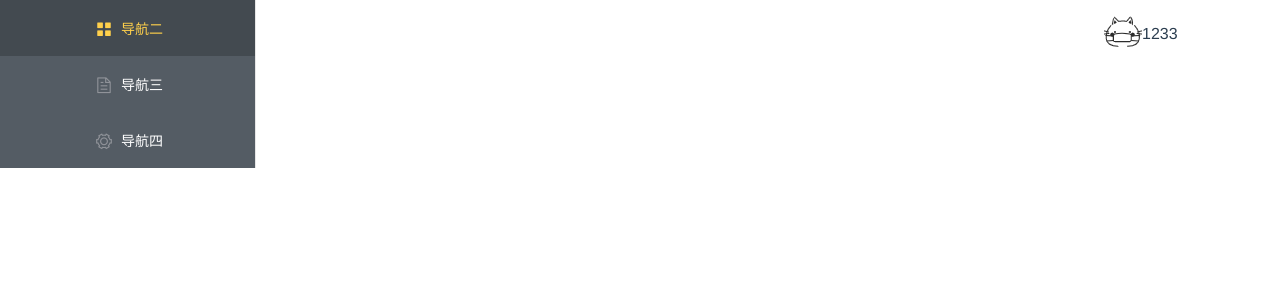
Repository: faintout/backMng
Page: / (app in backmng/)
An editor plug-in stored every save of this project. The page is shown before and after the next save, followed by the edit.
The browser window is 1280 px wide. The pictures show the whole page.
The project was rebuilt for these pictures with package versions that can differ from the ones it lists, and the page was loaded fresh each time. Also part of the build but not shown: backmng/vue.config.js.

Above is the page before, as saved 2020-12-30 15:25:39.

### backmng/src/main.js
import Vue from 'vue'
import App from './App.vue'
import router from './router'
import store from './store'
import ElementUI from 'element-ui'
import 'element-ui/lib/theme-chalk/index.css'
import './assets/index.css'

Vue.use(ElementUI)
Vue.config.productionTip = false

new Vue({
  router,
  store,
  render: h => h(App)
}).$mount('#app')

### backmng/src/router/index.js
import Vue from 'vue'
import VueRouter from 'vue-router'
import Layout from '../views/layout.vue'

Vue.use(VueRouter)

const routes = [
  {
    path: '/',
    name: 'Layout',
    component: Layout
  },
]

const router = new VueRouter({
  routes
})

export default router

### backmng/src/assets/index.css
* {
    /* width: 100%;
    height: 100%; */
    padding: 0;
    margin: 0;
}

### backmng/src/views/layout.vue
<template>
    <div>
        <div class="menu_list" style="width:20%;float:left">
            <!-- <header-top></header-top> -->
            <el-row class="tac">
                <el-col :span="24">
                    <el-menu default-active="1" class="el-menu-vertical-demo" @open="handleOpen" @close="handleClose" background-color="#545c64" text-color="#fff" active-text-color="#ffd04b" :collapse="isCollapse">
                        <el-menu-item index="1">
                            <i class="el-icon-menu"></i>
                            <span slot="title">导航二</span>
                        </el-menu-item>
                        <el-menu-item index="2" >
                            <i class="el-icon-document"></i>
                            <span slot="title">导航三</span>
                        </el-menu-item>
                        <el-menu-item index="3">
                            <i class="el-icon-setting"></i>
                            <span slot="title">导航四</span>
                        </el-menu-item>
                    </el-menu>
                </el-col>
            </el-row>
        </div>
        <div style="width:80%;float:left">
            <header-top></header-top>
            <div class="content">
                <router-view></router-view>
            </div>
        </div>


    </div>
</template>

<script>
import headerTop from './headerTop'
    export default {
        components: {
            headerTop
        },
        data() {
            return {
                isCollapse:false
            }
        },
        watch: {},
        computed: {},
        methods: {
            handleOpen(key, keyPath) {
                console.log(key, keyPath);
            },
            handleClose(key, keyPath) {
                console.log(key, keyPath);
            }
        },
        mounted() {},
        created() {},
    }
</script>
<style lang="less" scoped>
</style>

### backmng/src/views/headerTop.vue
<template>
    <div>
        <div class="header">
            <div class="user_info">
                <div class="user_pic">
                    <img src="../assets/images/user_pic.png" alt="">
                </div>
                <div class="user_name">1233</div>
            </div>
        </div>
    </div>
</template>

<script>
    export default {
        components: {},
        data() {
            return {}
        },
        watch: {},
        computed: {},
        methods: {},
        mounted() {},
        created() {},
    }
</script>
<style lang="less" scoped>
    .header {
        // display: flex;
        justify-content: space-between;
        height: 64px;
        width: 100%;
        vertical-align: middle;
        display: inline-block;
        // img{
        //     float: left;
        // }
    }

    .user_info div {
        display: inline-block;
        margin-top: 16px;
    }

    .user_info {
        text-align: center;
        margin-right: 10%;
        vertical-align: middle;
        float: right;
    }

    .user_name {
        vertical-align: middle;
        display: inline-block;
    }

    .user_pic {
        vertical-align: middle;
    }
</style>

Loaded but not shown: backmng/public/index.html (common file); backmng/src/App.vue (common file); backmng/src/store/index.js (common file)

After the next save:
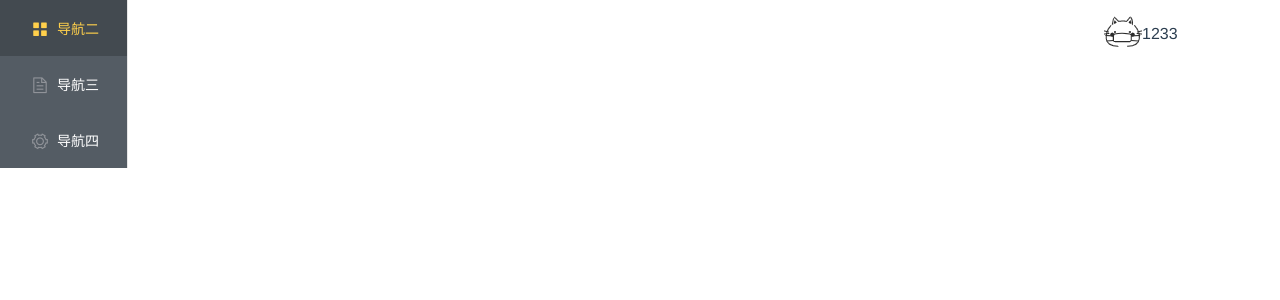
Saved 4 s later.
--- a/backmng/src/views/layout.vue
+++ b/backmng/src/views/layout.vue
@@ -3,7 +3,7 @@
         <div class="menu_list" style="width:20%;float:left">
             <!-- <header-top></header-top> -->
             <el-row class="tac">
-                <el-col :span="24">
+                <el-col :span="12">
                     <el-menu default-active="1" class="el-menu-vertical-demo" @open="handleOpen" @close="handleClose" background-color="#545c64" text-color="#fff" active-text-color="#ffd04b" :collapse="isCollapse">
                         <el-menu-item index="1">
                             <i class="el-icon-menu"></i>
